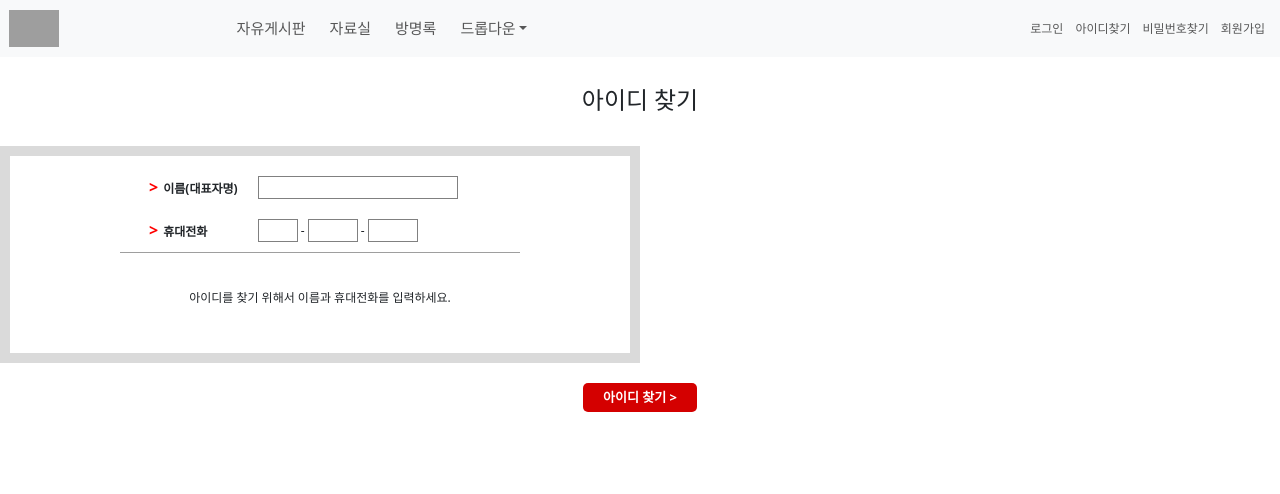
Repository: lim-eun-a/Project
Page: http://localhost/Project/06Session/PwForm.jsp
The author's editor kept a copy of each file at every save. The page is drawn from the files as they stood at one save, then again after the next save.
The browser window is 1280 px wide. The pictures show the whole page.
Pictures or frames that could not be fetched are drawn as grey boxes. Some web libraries are served in a nearby version. The page is served by Tomcat 10.

Above is the page before, as saved 2024-01-11 01:59:40.

After the next save:
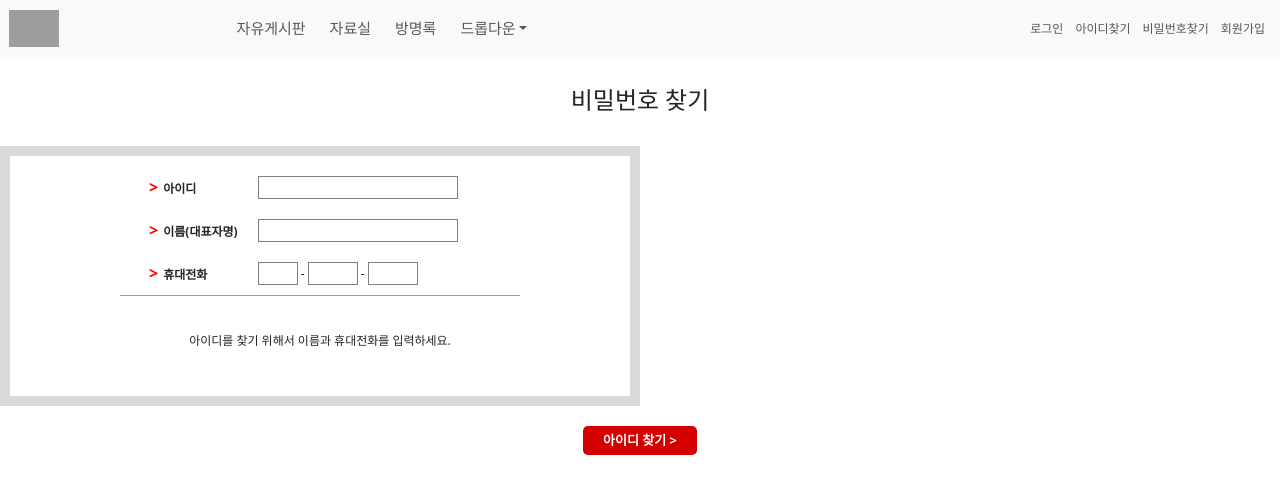
Saved 31 s later.
--- a/Project/src/main/webapp/06Session/PwForm.jsp
+++ b/Project/src/main/webapp/06Session/PwForm.jsp
@@ -33,7 +33,7 @@
 	<jsp:include page="../Common/Link.jsp"/>
 	<div style="margin-top:30px;"></div>
 	<div id="AllWrap" >
-		<h2>아이디 찾기</h2>
+		<h2>비밀번호 찾기</h2>
 		<div style="margin-top:30px;"></div>
 	<div id="IdBox">
 	<table id="InputTable" align="center">
@@ -41,6 +41,12 @@
 			<col width="30%" />
 			<col width="70%" />
 		</colgroup>
+		<tr>
+			<th><span class="bullet">&gt;</span><strong>아이디</strong></th>
+			<td>
+				<input type="text" name="" style="width:200px;">
+			</td>
+		</tr>
 		<tr>
 			<th><span class="bullet">&gt;</span><strong>이름(대표자명)</strong></th>
 			<td>
